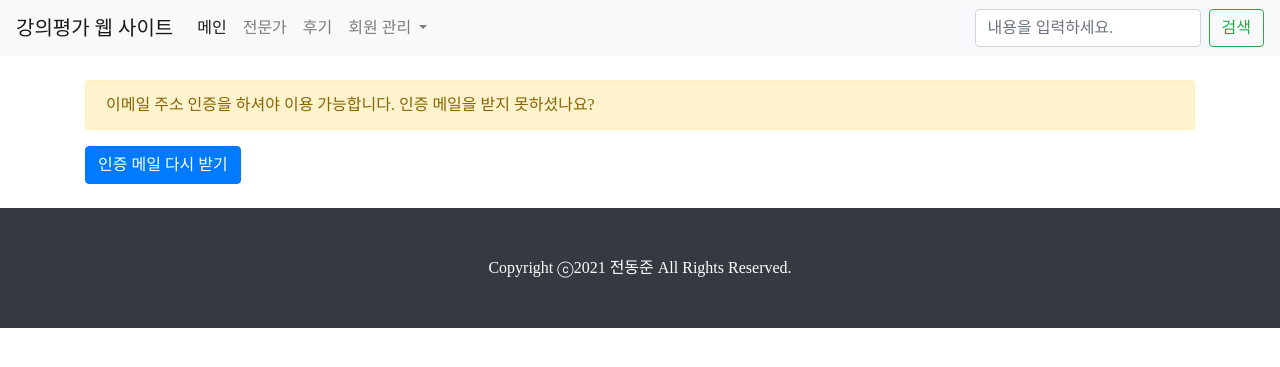
Repository: JeonDongJoon/Inha2-2
Page: http://localhost/Expert/emailSendConfirm.jsp
The author's editor kept a copy of each file at every save. The page is drawn from the files as they stood at one save, then again after the next save.
The browser window is 1280 px wide. The pictures show the whole page.
Some web fonts or font styles are not loaded; a fallback is used. The page is served by Tomcat 9.

Above is the page before, as saved 2021-12-06 12:25:04.

After the next save:
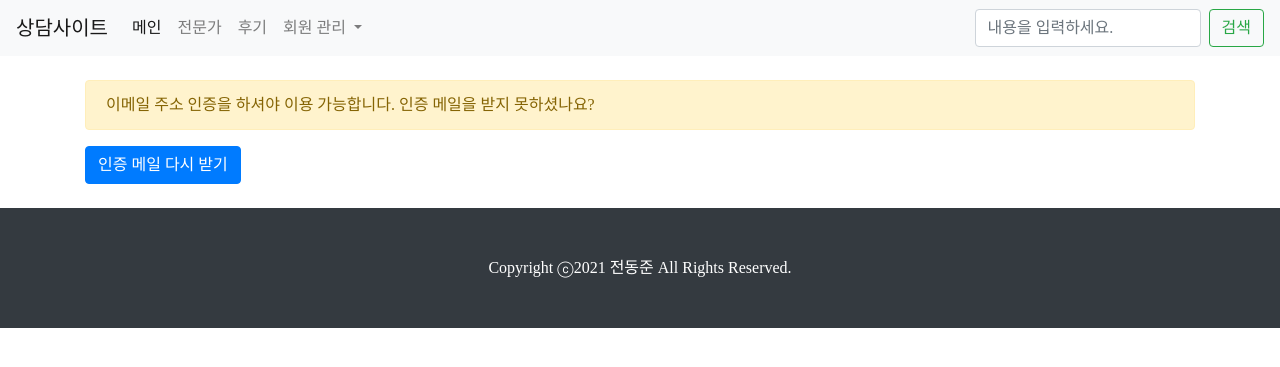
Saved 4 min 6 s later.
--- a/Expert/WebContent/emailSendConfirm.jsp
+++ b/Expert/WebContent/emailSendConfirm.jsp
@@ -26,7 +26,7 @@
 
     <nav class="navbar navbar-expand-lg navbar-light bg-light">
 
-      <a class="navbar-brand" href="index.jsp">강의평가 웹 사이트</a>
+      <a class="navbar-brand" href="index.jsp">상담사이트</a>
 
       <button class="navbar-toggler" type="button" data-toggle="collapse" data-target="#navbar">
 
